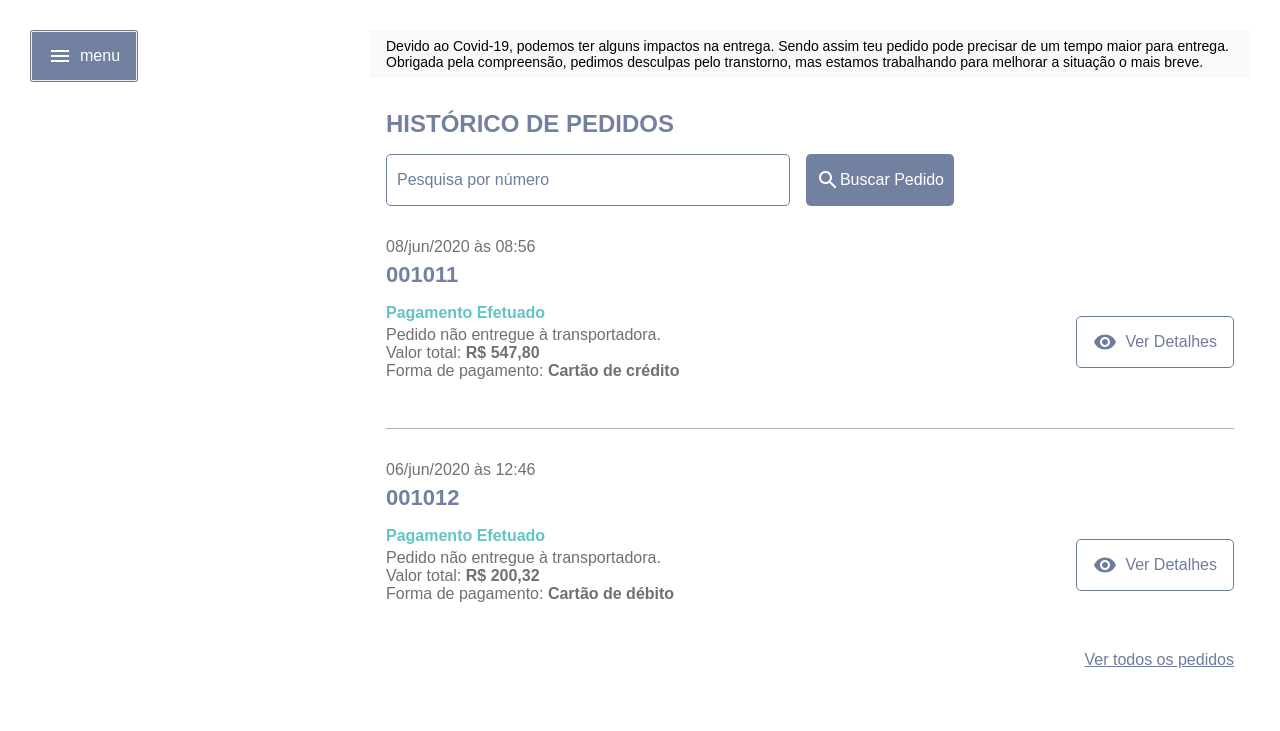
Repository: indiamarasiqueira/gestao-produto
Page: /
The author's editor kept a copy of each file at every save. The page is drawn from the files as they stood at one save, then again after the next save.
The browser window is 1280 px wide. The pictures show the whole page.
The project was rebuilt for these pictures with package versions that can differ from the ones it lists, and the page was loaded fresh each time. Also part of the build but not shown: src/pages/generic/style.js, src/pages/generic/index.js, src/components/ModalMenu/index.js.

Above is the page before, as saved 2020-07-07 11:04:59.

After the next save:
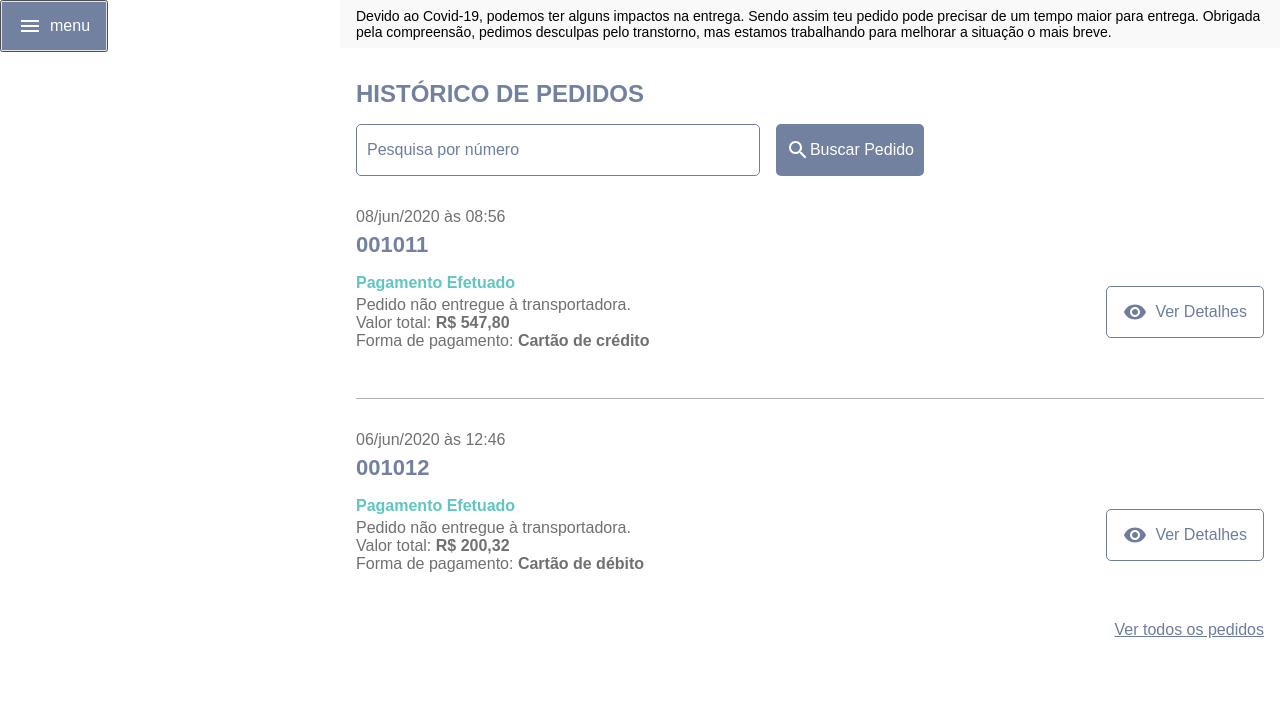
Saved 28 s later.
--- a/src/pages/orderHistory/style.js
+++ b/src/pages/orderHistory/style.js
@@ -4,7 +4,6 @@ export const OrderMenu = styled.div`
   display: grid;
   justify-content: center;
   grid-template-columns: 340px 2fr ;
-  padding: 30px;
   box-sizing: border-box;
   height: 100%;
 
